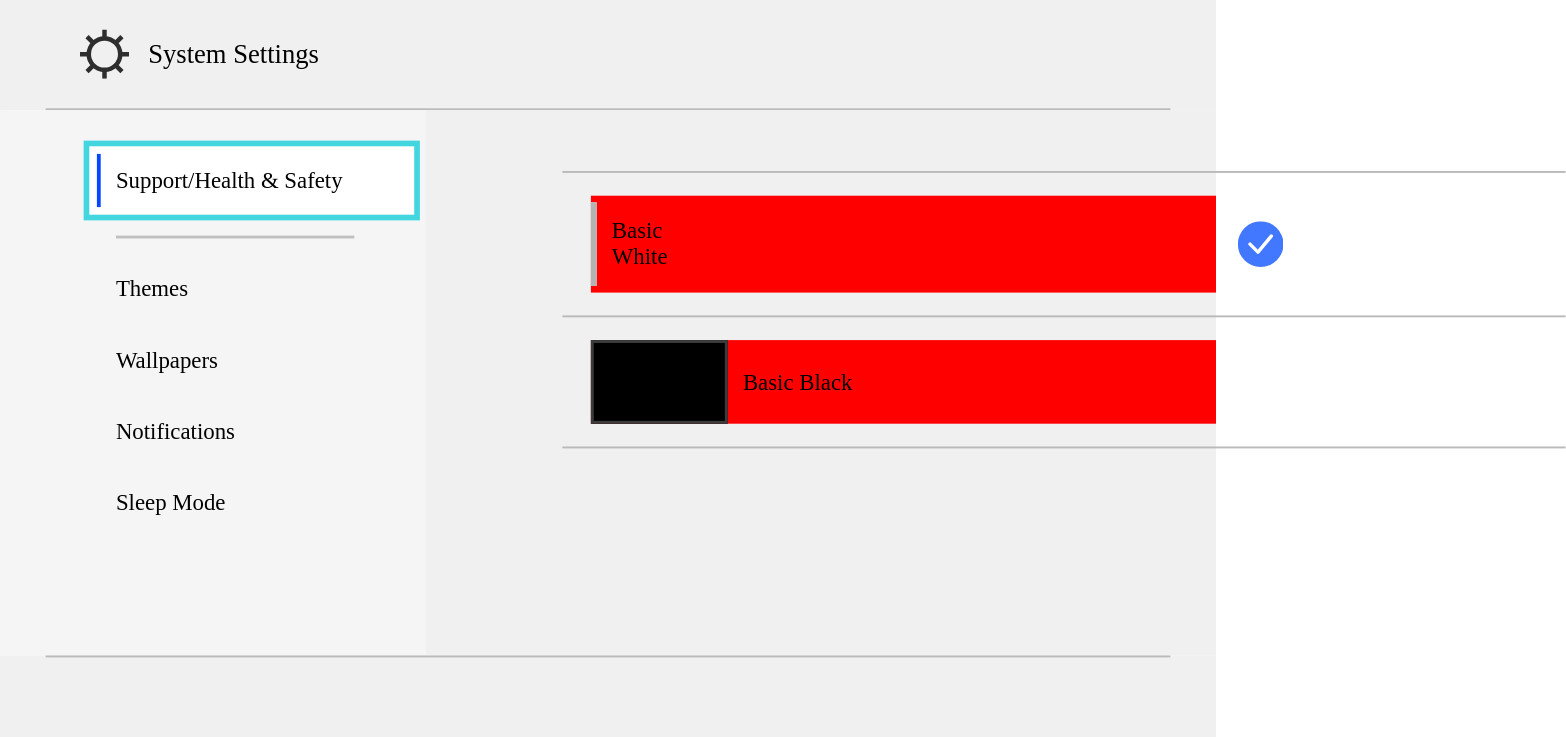
Repository: danielj1415/nintendoSwitchUI2
Page: /settings
An editor plug-in stored every save of this project. The page is shown before and after the next save, followed by the edit.
The browser window is 1280 px wide. The page is 1648 px wide, so the pictures cover 1648 px, including what lies to the right of the window. The pictures show the whole page, at 95% of full size.
The project was rebuilt for these pictures with package versions that can differ from the ones it lists, and the page was loaded fresh each time. Also part of the build but not shown: vite.config.js, src/ScreenHome.jsx.

Above is the page before, as saved 2024-09-28 18:51:13.

After the next save:
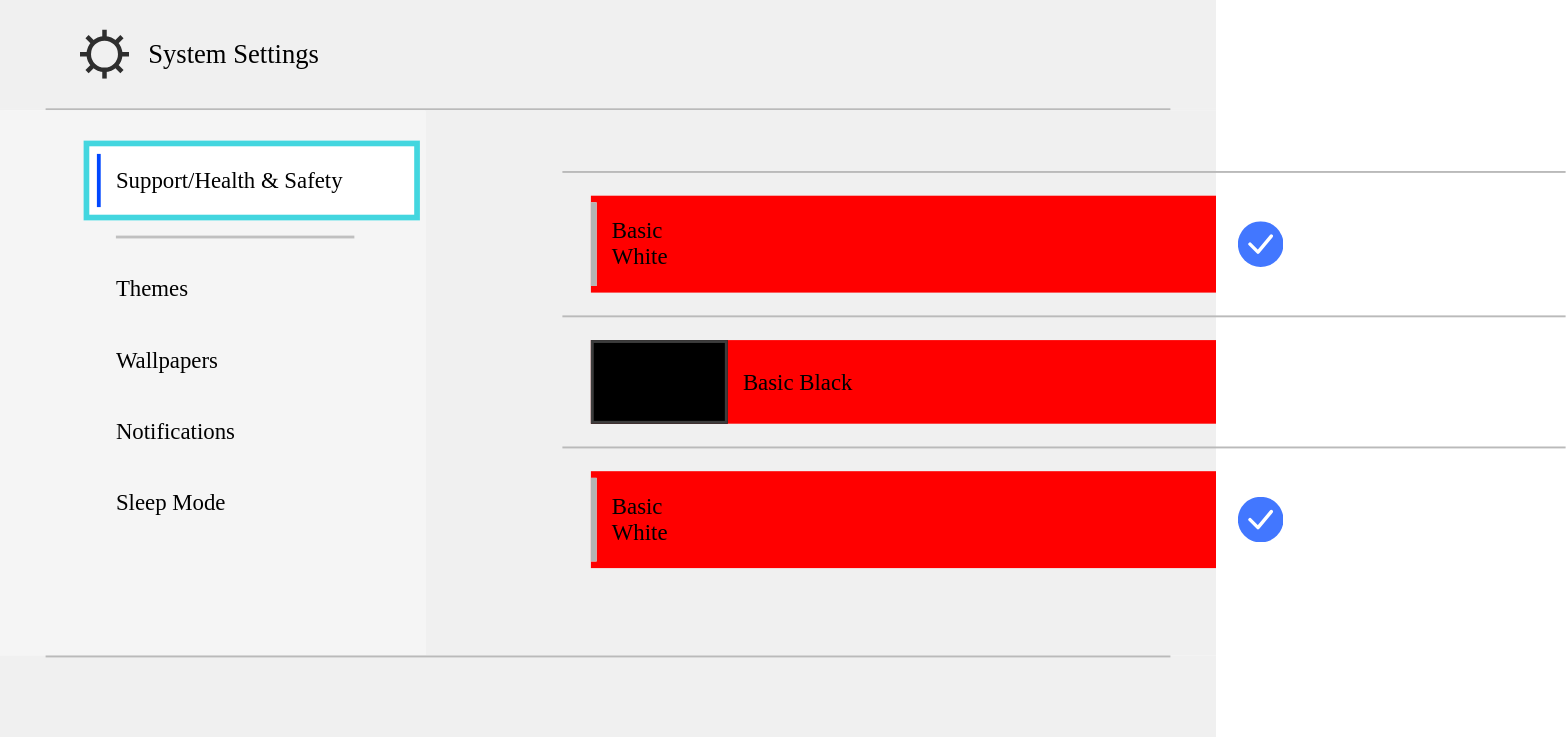
Saved 24 h 32 min later.
--- a/src/ScreenSettings.jsx
+++ b/src/ScreenSettings.jsx
@@ -105,6 +105,11 @@ function ScreenSettings(){
                             <p className = "subheadingText">Basic Black</p>
                         </div>
                         <div className = "themeLine marginTop32"></div>
+                        <div className = "themeRow marginLeft174 marginTop32">
+                            <div className = "themeWhiteRectangle marginRight16"></div>
+                            <p className = "subheadingText">Basic White</p>
+                            <img className = "iconCheckMark" src = {iconCheckMark}/>
+                        </div>
                     </div>
                 )}
                 {optionsWallpaper === true && ( // wallpaper page on system settings
